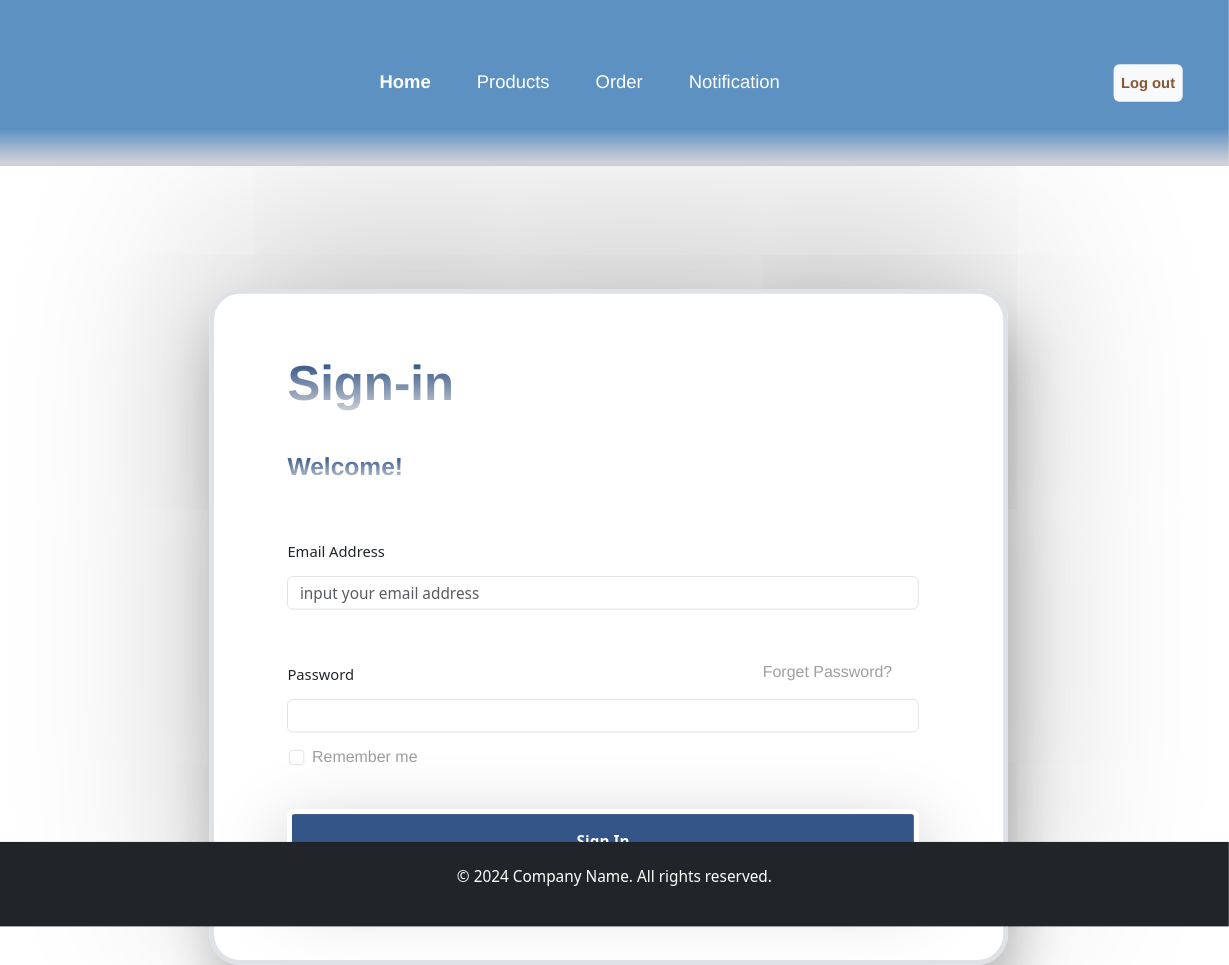
Repository: OVictor21/inventory
Page: /
These files come from the project's save history. The page is drawn as it stood at one moment and after a run of saves; the edit follows.
The browser window is 1280 px wide. The pictures show the whole page, at 96% of full size.
The project was rebuilt for these pictures with package versions that can differ from the ones it lists, and the page was loaded fresh each time.

Above is the page before, as saved 2024-12-14 09:56:28.

After the next 2 saves:
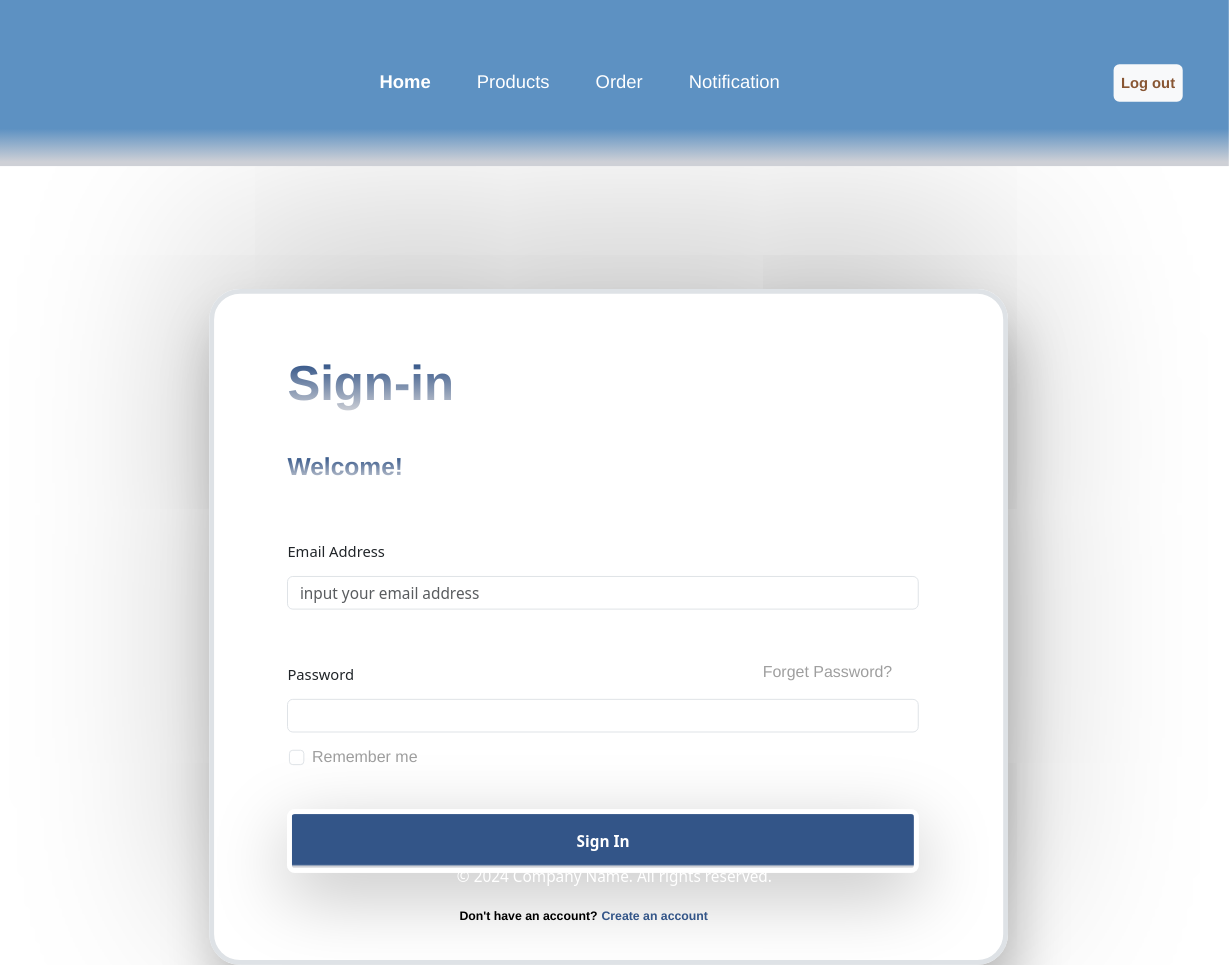
The 2 saves are shown as one change because they came seconds apart.
The last was saved 13 s later.
--- a/src/body.js
+++ b/src/body.js
@@ -32,7 +32,7 @@ const Body = () => {
 
     </form>
 
-    <footer className="bg-dark text-white py-4 position-relative">
+    <footer className="fobg-dark text-white py-4 position-relative">
       <div className="container">
           <div className="text-center">
             <p>&copy; 2024 Company Name. All rights reserved.</p>

After the save that followed:
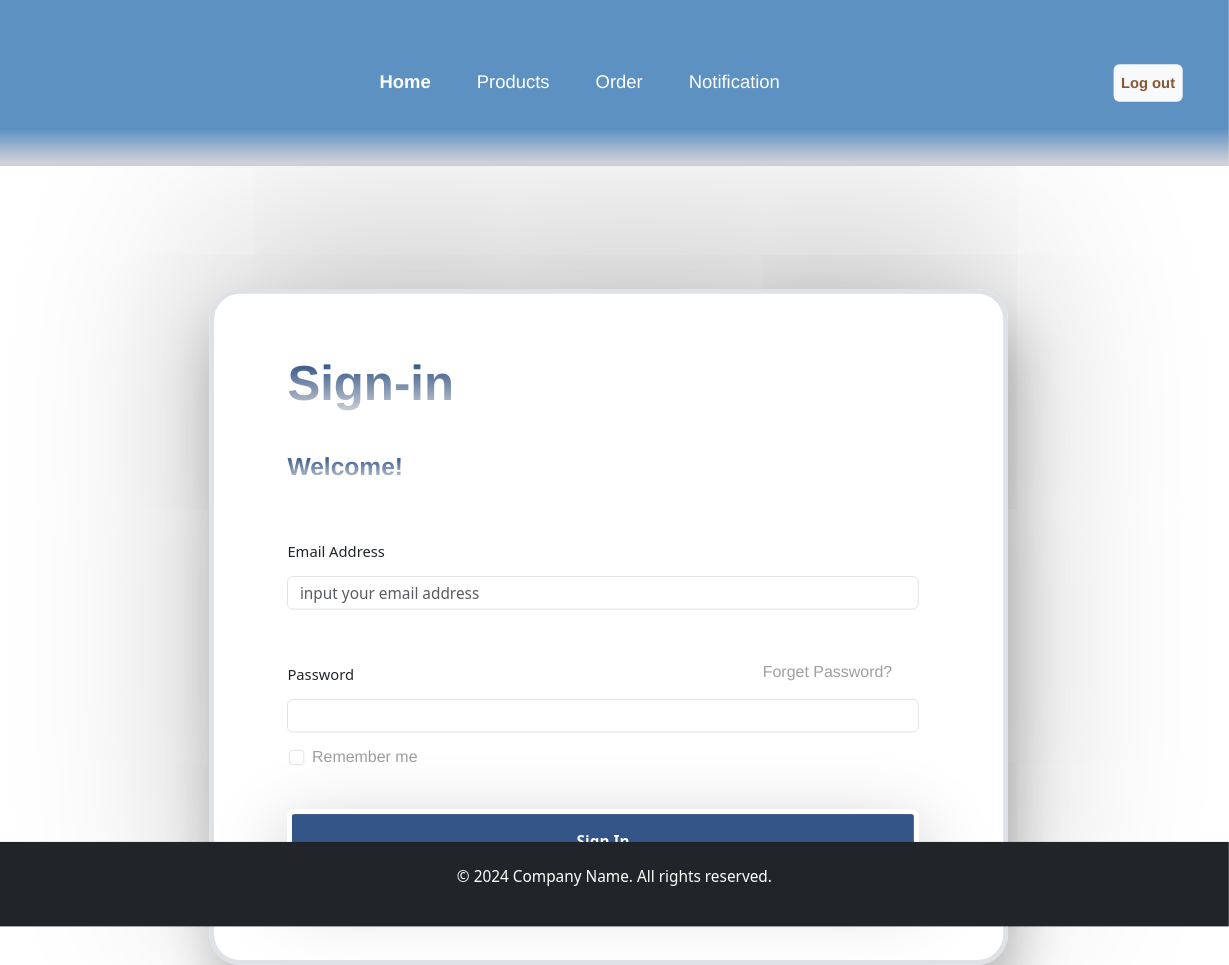
Saved 5 s later.
--- a/src/body.js
+++ b/src/body.js
@@ -32,7 +32,7 @@ const Body = () => {
 
     </form>
 
-    <footer className="fobg-dark text-white py-4 position-relative">
+    <footer className="footer-body bg-dark text-white py-4 position-relative">
       <div className="container">
           <div className="text-center">
             <p>&copy; 2024 Company Name. All rights reserved.</p>
